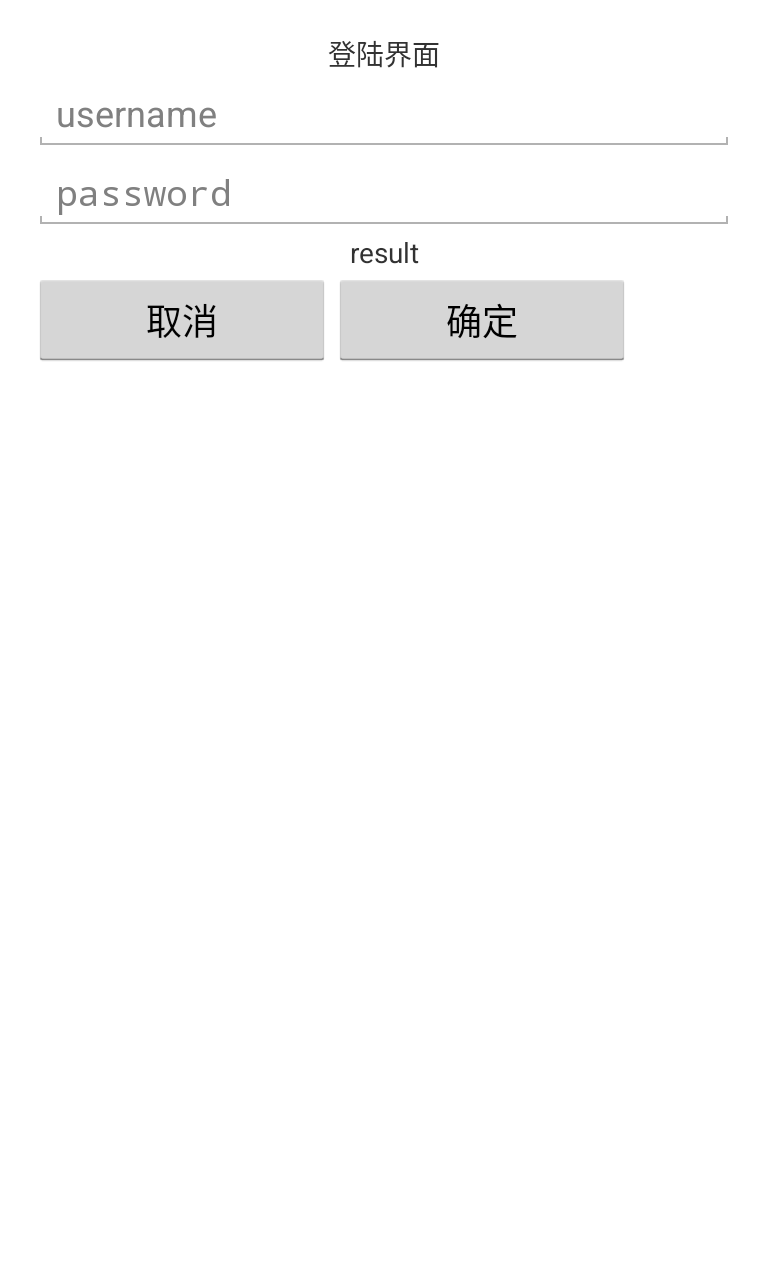
Repository: KungW/windows_learn_java_track
Layout: linear_login/res/layout/activity_main.xml
The author's editor kept a copy of each file at every save. The layout is drawn from the files as they stood at one save, then again after the next save.
It is drawn on a 768 x 1280 px phone screen (xhdpi) without system bars, with theme AppTheme; the app's code is not run.

Above is the layout before, as saved 2016-10-30 14:48:03.

### linear_login/res/layout/activity_main.xml
<LinearLayout xmlns:android="http://schemas.android.com/apk/res/android"
    xmlns:tools="http://schemas.android.com/tools"
    android:layout_width="match_parent"
    android:layout_height="match_parent"
    android:paddingBottom="@dimen/activity_vertical_margin"
    android:paddingLeft="@dimen/activity_horizontal_margin"
    android:paddingRight="@dimen/activity_horizontal_margin"
    android:paddingTop="@dimen/activity_vertical_margin"
    android:orientation="vertical"
    tools:context=".MainActivity" >

    >
 <TextView
        android:id="@+id/labelview"
        android:layout_width="match_parent"
        android:layout_height="wrap_content"
        android:gravity="center"
        android:text="登陆界面" />
    <EditText
        android:id="@+id/usernameText"
        android:layout_width="match_parent"
        android:layout_height="wrap_content"
       	android:hint="username"

        />
    <EditText
        android:id="@+id/passwordText"
        android:layout_width="match_parent"
        android:layout_height="wrap_content"
        android:hint="password"
        android:inputType="textPassword"
        />
     <TextView
        android:id="@+id/resview"
        android:layout_width="match_parent"
        android:layout_height="20dp"
        android:gravity="center"
        android:text="result" />
   <LinearLayout
    android:layout_width="match_parent"
    android:layout_height="match_parent"
    android:orientation="horizontal"
    tools:context=".MainActivity" >


    <Button
        android:id="@+id/cancelButton"
        android:layout_width="150dp"
        android:layout_height="wrap_content"


        android:text="取消"
        />
    <Button
        android:id="@+id/okButton"
        android:layout_width="150dp"
        android:layout_height="wrap_content"
        android:text="确定"
        />
     </LinearLayout>

</LinearLayout>

Loaded but not shown: linear_login/res/values/styles.xml (common file); linear_login/res/values-v11/styles.xml (common file); linear_login/res/values-v14/styles.xml (common file); linear_login/res/values/dimens.xml (common file)

After the next save:
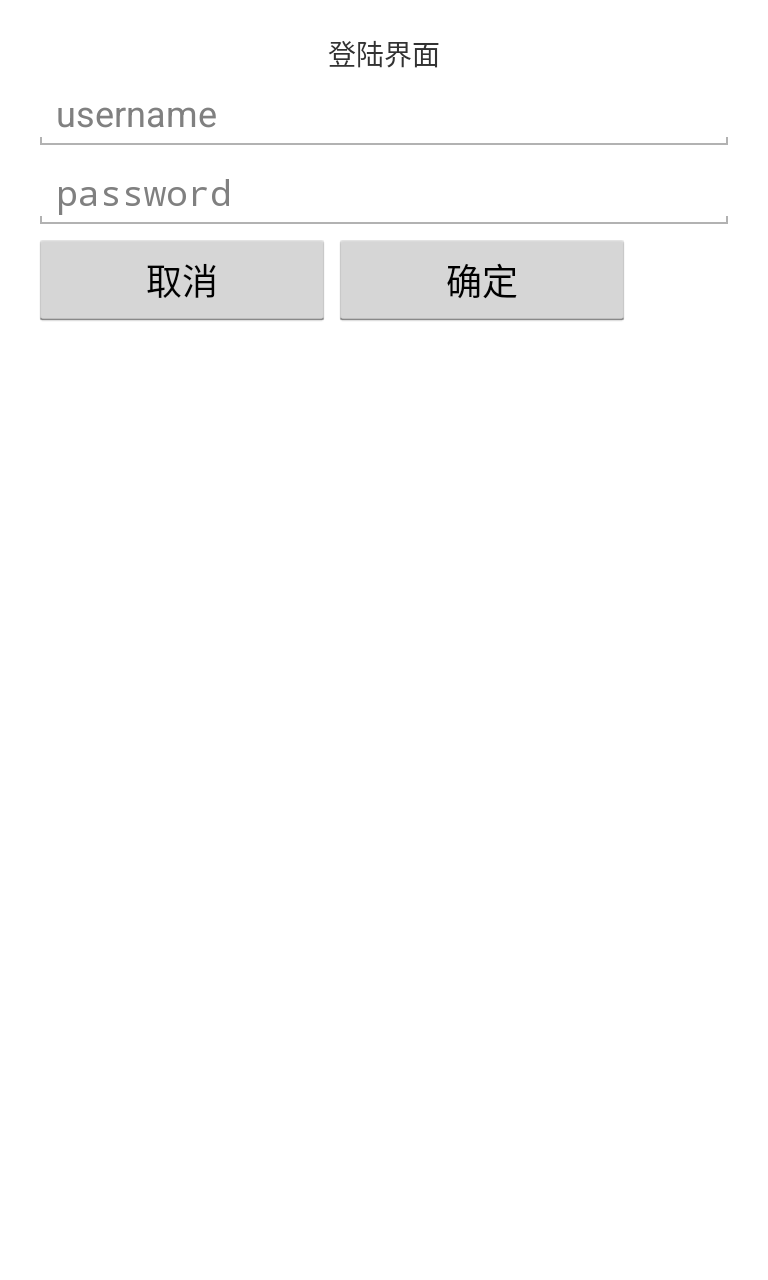
Saved 102 s later.
--- a/linear_login/res/layout/activity_main.xml
+++ b/linear_login/res/layout/activity_main.xml
@@ -30,12 +30,7 @@
         android:hint="password"
         android:inputType="textPassword"
         />
-     <TextView
-        android:id="@+id/resview"
-        android:layout_width="match_parent"
-        android:layout_height="20dp"
-        android:gravity="center"
-        android:text="result" />
+
    <LinearLayout
     android:layout_width="match_parent"
     android:layout_height="match_parent"
